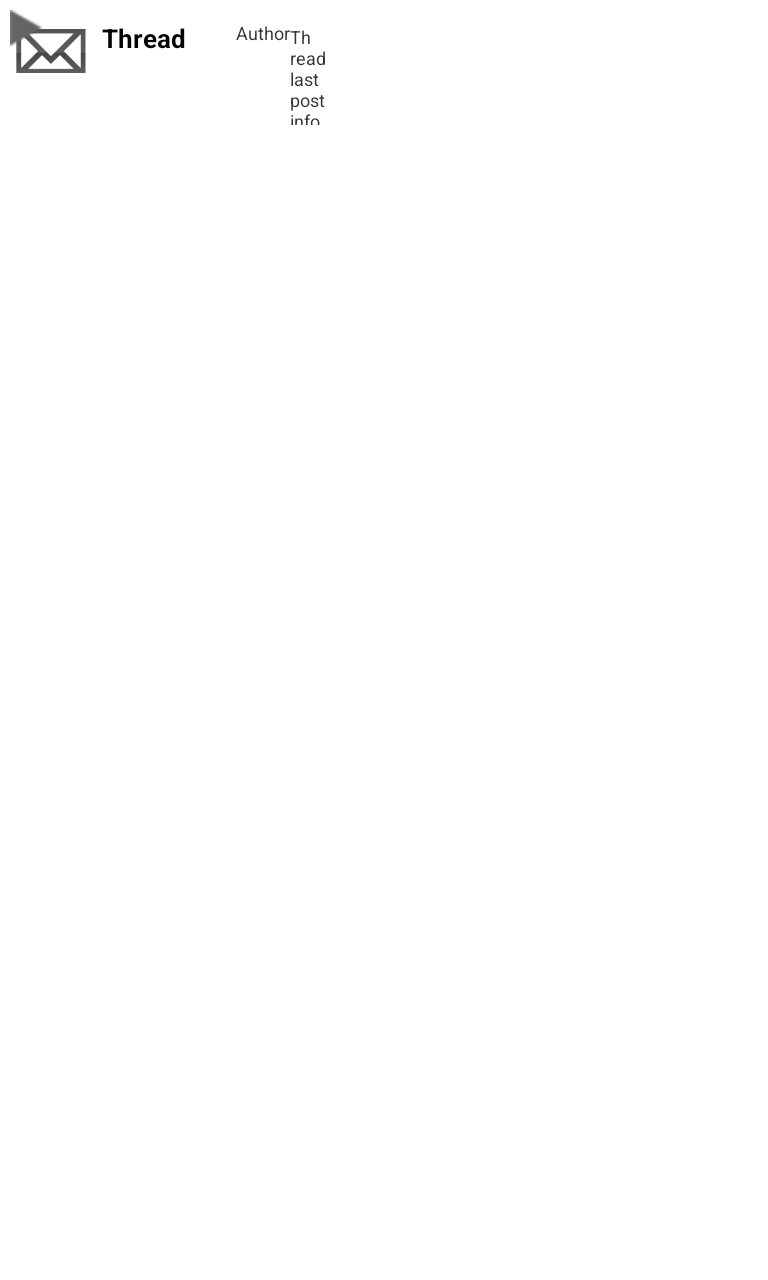
Repository: epson121/forumhr_mobile
Layout: TopicsActivity/res/layout/copy_threads_list_row.xml
The author's editor kept a copy of each file at every save. The layout is drawn from the files as they stood at one save, then again after the next save.
It is drawn on a 768 x 1280 px phone screen (xhdpi) without system bars, with theme AppTheme; the app's code is not run.

Above is the layout before, as saved 2013-02-24 15:58:01.

### TopicsActivity/res/layout/copy_threads_list_row.xml
<?xml version="1.0" encoding="utf-8"?>
<RelativeLayout xmlns:android="http://schemas.android.com/apk/res/android"
    android:layout_width="wrap_content"
    android:layout_height="wrap_content"
    android:background="#FFFFFF"
    android:padding="5dip"
    >

    <LinearLayout
        android:layout_width="160dp"
        android:layout_height="wrap_content" >

	    <LinearLayout android:id="@+id/thumbnail"
	        android:layout_width="wrap_content"
	        android:layout_height="wrap_content"
	        android:padding="3dip"
	        android:layout_alignParentLeft="true"
	        android:background="#FFFFFF"
	        android:layout_marginRight="5dip"
	    	>

	         <ImageView
	            android:id="@+id/thread_icon"
	            android:layout_width="35dip"
	            android:layout_height="35dip"
	            android:contentDescription="@+string/description"
	            android:src="@drawable/thread_icon_bw"
	            />

	    </LinearLayout>



    <!-- subtopics -->

	    <TextView
	        android:id="@+id/thread_name"
	        android:layout_width="wrap_content"
	        android:layout_height="wrap_content"
	        android:layout_alignTop="@+id/thumbnail"
	        android:layout_toRightOf="@+id/thumbnail"
	        android:layout_toLeftOf="@+id/thread_go_to_page"
	        android:layout_marginRight="25dp"
	        android:layout_marginTop="5dp"
	        android:text="@+string/thread_name"
	        android:textColor="#040404"
	        android:textSize="13sp"
	        android:textStyle="bold"
	        android:typeface="sans"
	        android:background="@drawable/textview_selector"
	      	android:clickable="true"
	        />

	     <TextView
	        android:id="@+id/thread_author"
	        android:layout_width="wrap_content"
	        android:layout_height="wrap_content"
	        android:layout_alignLeft="@+id/thread_name"
	        android:layout_below="@id/thread_name"
	        android:layout_marginTop="1dip"
	        android:layout_toLeftOf="@+id/thread_go_to_page"
	        android:background="@drawable/textview_selector"
	        android:text="@+string/thread_author"
	        android:textColor="#343434"
	        android:textSize="9sp" />

	     <TextView
	         android:id="@+id/thread_last_post_info"
	         android:layout_width="wrap_content"
	         android:layout_height="wrap_content"
	         android:layout_alignLeft="@+id/thumbnail"
	         android:layout_alignRight="@+id/thread_name"
	         android:layout_below="@+id/thread_author"
	         android:layout_marginTop="3dp"
	         android:background="@drawable/textview_selector"
	         android:text="@+string/thread_last_post_info"
	         android:textColor="#343434"
	         android:textSize="9sp" />

     </LinearLayout>

     <LinearLayout
         android:layout_width="wrap_content"
         android:layout_height="match_parent" >

	     <ImageButton
	         android:id="@+id/thread_go_to_page"
	         android:layout_width="wrap_content"
	         android:layout_height="wrap_content"
	         android:layout_alignBottom="@+id/thread_last_post_info"
	         android:layout_alignParentRight="true"
	         android:layout_alignParentTop="true"
	         android:background="@null"
	         android:contentDescription="@string/description"
	         android:src="@drawable/thread_arrow_bw_small" />
	</LinearLayout>
</RelativeLayout>

### TopicsActivity/res/values/strings.xml
<?xml version="1.0" encoding="utf-8"?>
<resources>

    <string name="app_name">ForumHR</string>
    <string name="hello_world">Hello world!</string>
    <string name="menu_settings">Settings</string>
    <string name="topics_feed_image_description">Topic image</string>
    <string name="topic_name">Topic</string>
    <string name="thread_name">Thread</string>
    <string name="thread_author">Author</string>
     <string name="thread_last_post_info">Thread last post info</string>
    <string name="description">topic description</string>
    <string name="subtopics">Subtopics</string>

</resources>

### TopicsActivity/res/drawable/textview_selector.xml
<?xml version="1.0" encoding="utf-8"?>
<selector xmlns:android="http://schemas.android.com/apk/res/android">
    <item android:drawable="@drawable/pressed_color"
          android:state_pressed="true" />
    <item android:drawable="@drawable/normal_color" />
</selector>

### TopicsActivity/res/values/color.xml
<?xml version="1.0" encoding="utf-8"?>
<resources>
     <drawable name="pressed_color">#C8C8C8</drawable> <!--custom color for pressed state -->
     <drawable name="normal_color">#00FFFFFF</drawable> <!--transperent color for normal state -->
</resources>

Loaded but not shown: TopicsActivity/res/values/styles.xml (common file); TopicsActivity/res/values-v11/styles.xml (common file); TopicsActivity/res/values-v14/styles.xml (common file)

After the next save:
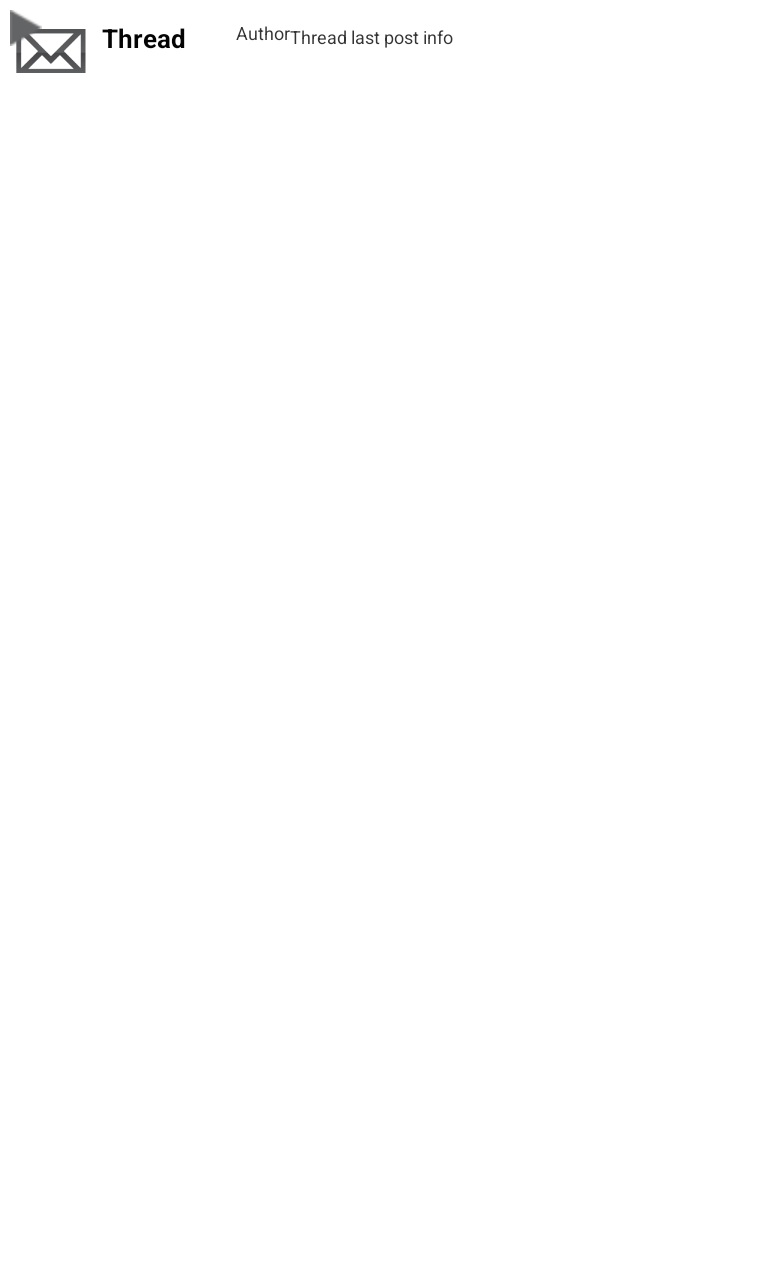
Saved 47 s later.
--- a/TopicsActivity/res/layout/copy_threads_list_row.xml
+++ b/TopicsActivity/res/layout/copy_threads_list_row.xml
@@ -7,8 +7,8 @@
     >
 
     <LinearLayout
-        android:layout_width="160dp"
-        android:layout_height="wrap_content" >
+        android:layout_width="270dp"
+        android:layout_height="match_parent" >
 
 	    <LinearLayout android:id="@+id/thumbnail"
 	        android:layout_width="wrap_content"
